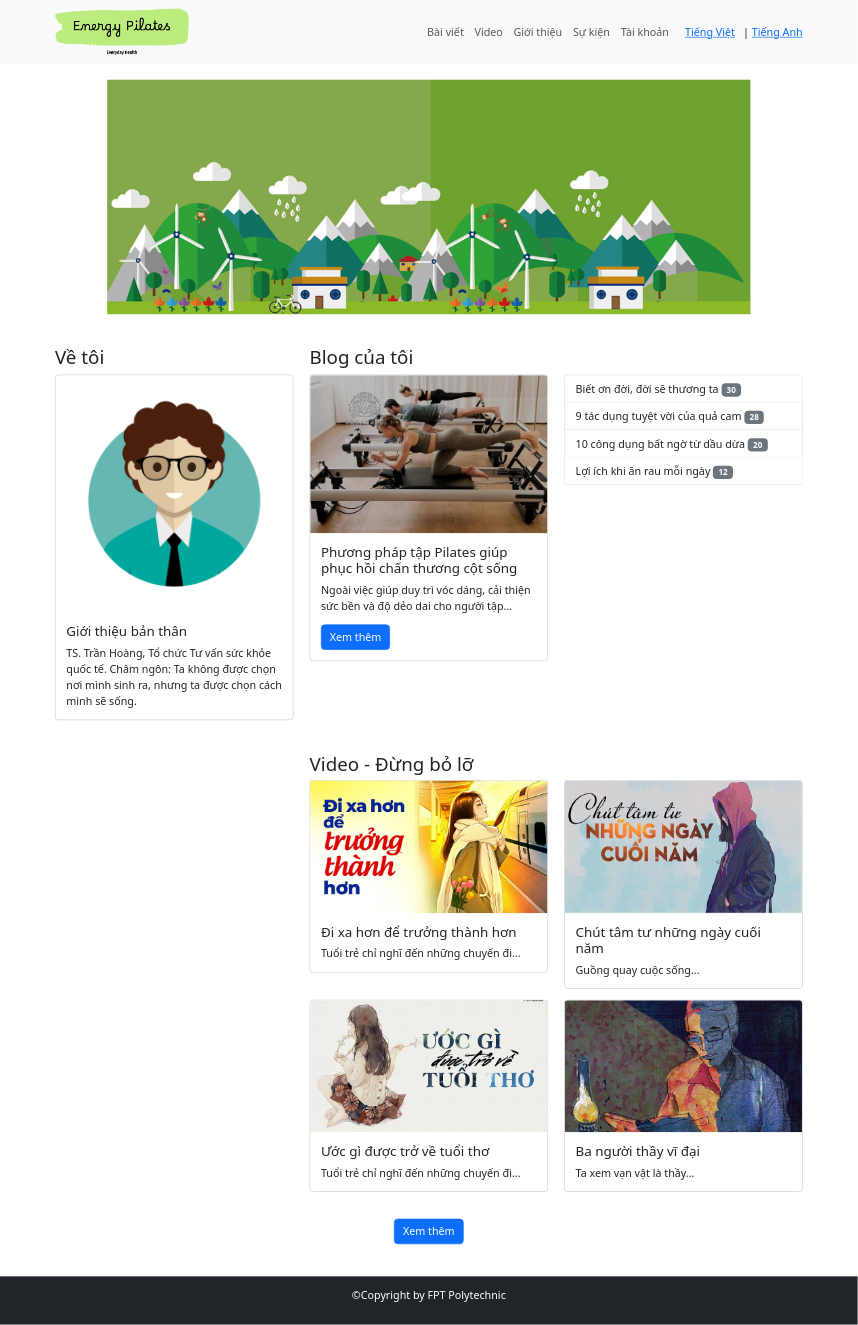
Repository: KizukoHeiwa/SOF308
Page: Lab3/index.html
These files come from the project's save history. The page is drawn as it stood at one moment and after the next save; the edit follows.
The browser window is 1280 px wide. The pictures show the whole page, at 67% of full size.

Above is the page before, as saved 2024-11-07 11:17:20.

After the next save:
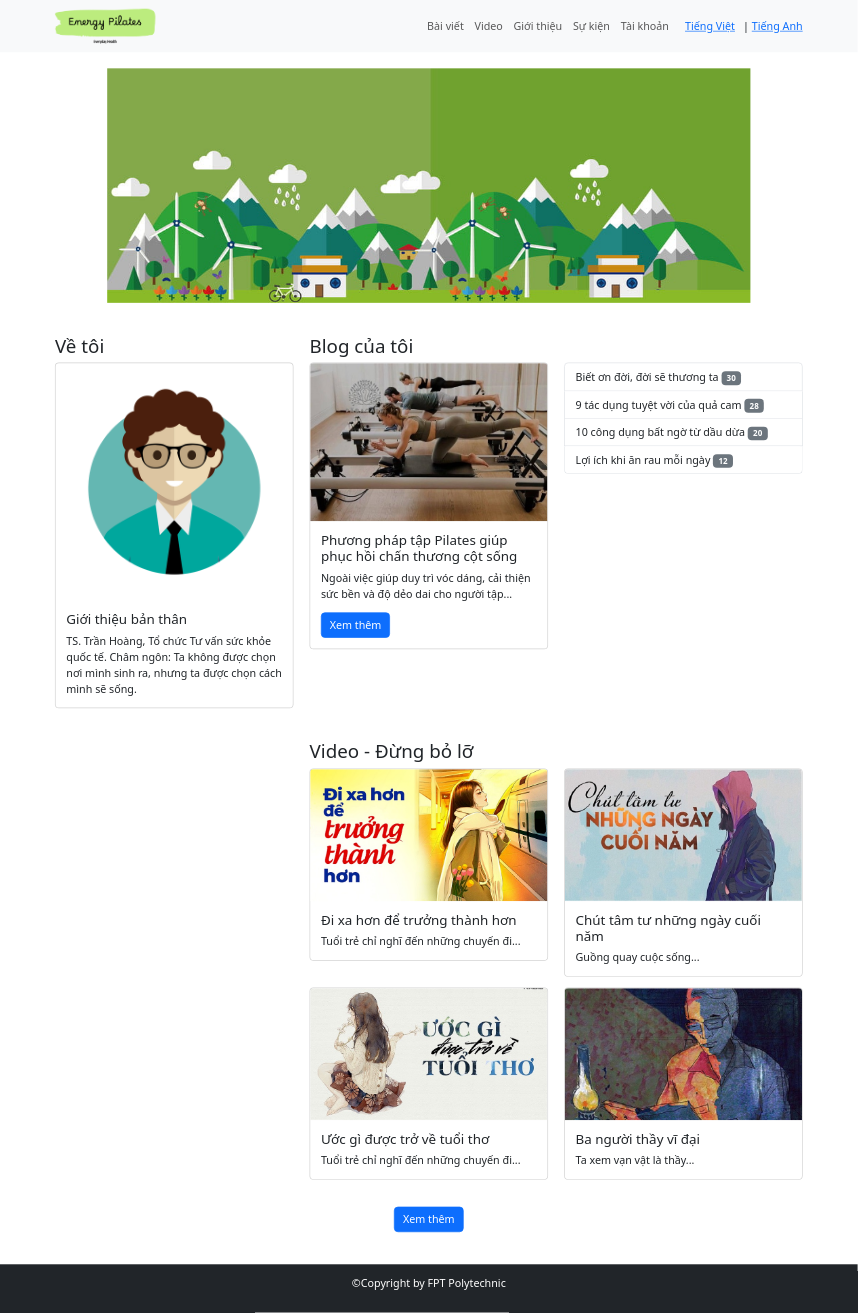
Saved 4 s later.
--- a/Lab3/index.html
+++ b/Lab3/index.html
@@ -13,7 +13,7 @@
     <!-- Navbar -->
     <nav class="navbar navbar-expand-lg navbar-light bg-light">
       <div class="container">
-        <a class="navbar-brand" href="#"><img src="images/logo-energy-pilates.png" alt="logo" width="200px"></a>
+        <a class="navbar-brand" href="#"><img src="images/logo-energy-pilates.png" alt="logo" width="150px"></a>
         <button class="navbar-toggler" type="button" data-bs-toggle="collapse" data-bs-target="#navbarNav" aria-controls="navbarNav" aria-expanded="false" aria-label="Toggle navigation">
           <span class="navbar-toggler-icon"></span>
         </button>
